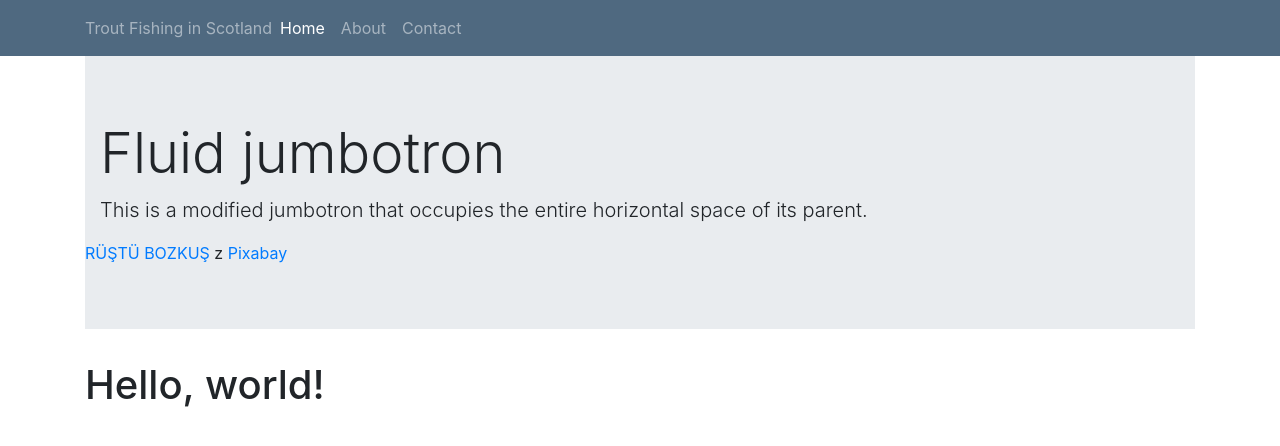
Repository: adrian9211/College_project
Page: index.html
These files come from the project's save history. The page is drawn as it stood at one moment and after a run of saves; the edit follows.
The browser window is 1280 px wide. The pictures show the whole page.

Above is the page before, as saved 2020-10-28 13:27:06.

### index.html
<!doctype html>
<html lang="en">
  <head>
    <!-- Required meta tags -->
    <meta charset="utf-8">
    <meta name="viewport" content="width=device-width, initial-scale=1, shrink-to-fit=no">

    <!-- Bootstrap CSS -->
    <link rel="stylesheet" href="https://cdn.jsdelivr.net/npm/bootstrap@4.5.3/dist/css/bootstrap.min.css" integrity="sha384-TX8t27EcRE3e/ihU7zmQxVncDAy5uIKz4rEkgIXeMed4M0jlfIDPvg6uqKI2xXr2" crossorigin="anonymous">
    <link rel="stylesheet" href="css/style.css">

    <title>Trout fishing in Scotland</title>
  </head>
  <body>
      <!-- Navigation  bar start -->
    <nav class="navbar navbar-expand-md navbar-dark sticky-top" role="navigation" id="navbar2" style="background-color: #4F6980;">
        <div class="container">
          <a href="index.html"><span class="navbar-text">Trout Fishing in Scotland</span></a>
          <button class="navbar-toggler" data-toggle="collapse" data-target="#collapse_target">
            <span class="navbar-toggler-icon"></span>
          </button>
          <div class="collapse navbar-collapse" id="collapse_target">
          <ul class="navbar-nav " >
            <li class="nav-item active">
              <a class="nav-link " href="index.html">Home </a>
            </li>
            <li class="nav-item ">
              <a class="nav-link " href="portfolio.html">About</a>
            </li>
            <li class="nav-item ">
              <a class="nav-link " href="contact.html">Contact</a>
            </li>
          </ul>
        </div>
        </div>
      </nav>
      <!-- Navigation  bar end -->
      <div class="container">
        <div class="jumbotron jumbotron-fluid">
            <div class="container">
              <h1 class="display-4">Fluid jumbotron</h1>
              <p class="lead">This is a modified jumbotron that occupies the entire horizontal space of its parent.</p>

            </div>
            <a href="https://pixabay.com/pl/users/kareni-5357143/?utm_source=link-attribution&amp;utm_medium=referral&amp;utm_campaign=image&amp;utm_content=2516887"> RÜŞTÜ BOZKUŞ</a> z <a href="https://pixabay.com/pl/?utm_source=link-attribution&amp;utm_medium=referral&amp;utm_campaign=image&amp;utm_content=2516887"> Pixabay</a>
          </div>
          <main>

          </main>
        <h1>Hello, world!</h1>

        </div>
    <!-- Scripts for bootstrap -->
    <script src="https://code.jquery.com/jquery-3.5.1.slim.min.js" integrity="sha384-DfXdz2htPH0lsSSs5nCTpuj/zy4C+OGpamoFVy38MVBnE+IbbVYUew+OrCXaRkfj" crossorigin="anonymous"></script>
    <script src="https://cdn.jsdelivr.net/npm/bootstrap@4.5.3/dist/js/bootstrap.bundle.min.js" integrity="sha384-ho+j7jyWK8fNQe+A12Hb8AhRq26LrZ/JpcUGGOn+Y7RsweNrtN/tE3MoK7ZeZDyx" crossorigin="anonymous"></script>
  </body>
</html>

### css/style.css
.jumbotron {
    background-image: ;
}

After the next 2 saves:
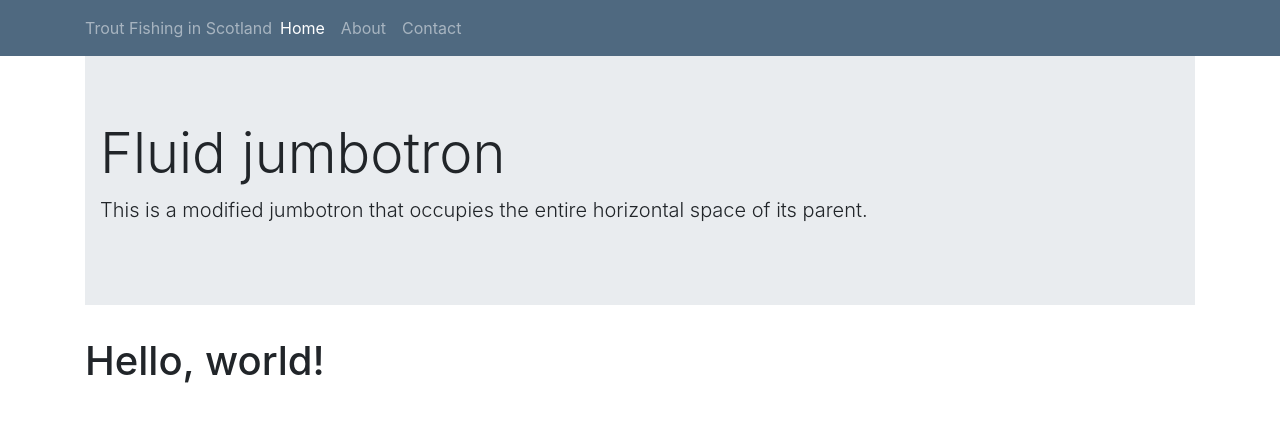
The 2 saves are shown as one change because they came seconds apart.
The last was saved 7 s later.
--- a/index.html
+++ b/index.html
@@ -40,9 +40,7 @@
             <div class="container">
               <h1 class="display-4">Fluid jumbotron</h1>
               <p class="lead">This is a modified jumbotron that occupies the entire horizontal space of its parent.</p>
-
             </div>
-            <a href="https://pixabay.com/pl/users/kareni-5357143/?utm_source=link-attribution&amp;utm_medium=referral&amp;utm_campaign=image&amp;utm_content=2516887"> RÜŞTÜ BOZKUŞ</a> z <a href="https://pixabay.com/pl/?utm_source=link-attribution&amp;utm_medium=referral&amp;utm_campaign=image&amp;utm_content=2516887"> Pixabay</a>
           </div>
           <main>
 
